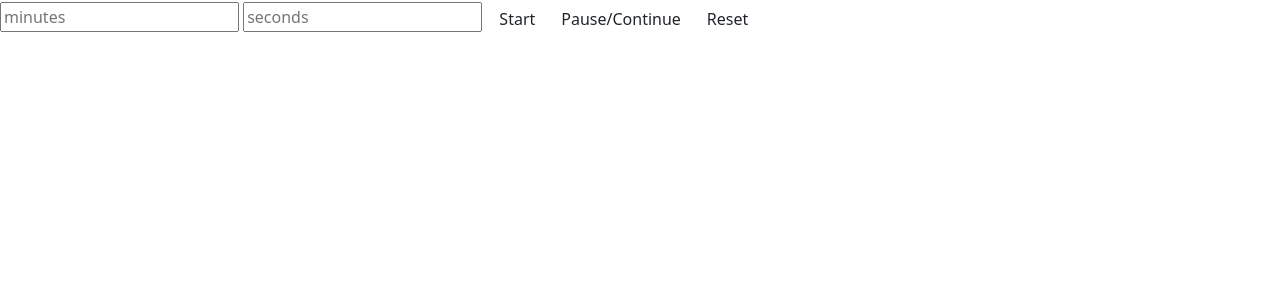
Repository: maheshdama13/reactjs-count-down
Page: /
The author's editor kept a copy of each file at every save. The page is drawn from the files as they stood at one save, then again after the next save.
The browser window is 1280 px wide. The pictures show the whole page.
The project was rebuilt for these pictures with package versions that can differ from the ones it lists, and the page was loaded fresh each time. Also part of the build but not shown: src/App.css.

Above is the page before, as saved 2022-07-01 01:31:53.

After the next save:
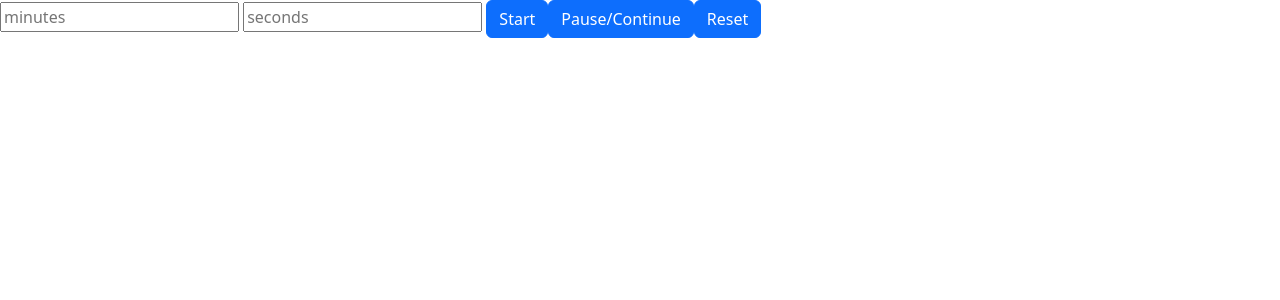
Saved 5 s later.
--- a/src/components/CountDown.js
+++ b/src/components/CountDown.js
@@ -5,9 +5,9 @@
     <div>
       <input type="text" placeholder='minutes' />&nbsp;
       <input type="text" placeholder='seconds' />&nbsp;
-      <button className='btn btn-default'>Start</button>
-      <button className='btn btn-default'>Pause/Continue</button>
-      <button className='btn btn-default'>Reset</button>
+      <button className='btn btn-primary'>Start</button>
+      <button className='btn btn-primary'>Pause/Continue</button>
+      <button className='btn btn-primary'>Reset</button>
     </div>
   )
 }
